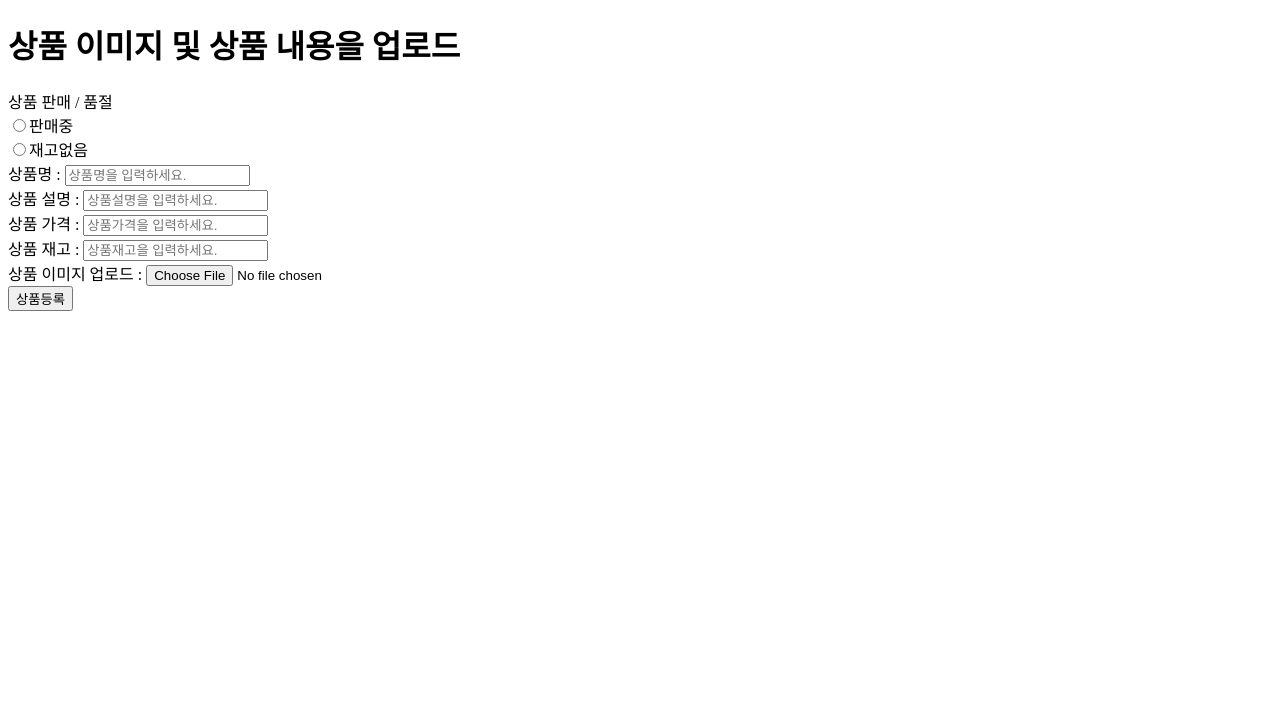
Repository: ks31030/HOME-SHOP
Page: http://localhost/addProductForm
The author's editor kept a copy of each file at every save. The page is drawn from the files as they stood at one save, then again after the next save.
The browser window is 1280 px wide. The pictures show the whole page.
The page is this project's Thymeleaf template; nobody is signed in. The template is opened directly, without the code that normally fills it, so the values that code supplies are empty.

Above is the page before, as saved 2023-12-13 13:08:58.

### Final-JPA-Shop/src/main/resources/templates/addProductForm.html
<!DOCTYPE html>
<html xmlns:th="http://www.thymeleaf.org">
	<head>
		<meta charset="UTF-8">
		<title>addProductForm</title>
	</head>
	<body>
		<h1>상품 이미지 및 상품 내용을 업로드</h1>
		<form th:action="@{/product/new}" method="post" enctype="multipart/form-data">
			<label>상품 판매 / 품절</label><br>
			<input type="radio" name="isSoldout" id="isSoldout" value="0">판매중<br>
			<input type="radio" name="isSoldout" id="isSoldout" value="1">재고없음<br>

			<label>상품명 : </label>
			<input type="text" id="name" name="name" placeholder="상품명을 입력하세요.">
			<br>
			<label>상품 설명 : </label>
			<input type="text" id="text" name="text" placeholder="상품설명을 입력하세요.">
			<br>
			<label>상품 가격 : </label>
			<input type="text" id="price" name="price" placeholder="상품가격을 입력하세요.">
			<br>
			<label>상품 재고 : </label>
			<input type="text" id="stock" name="stock" placeholder="상품재고을 입력하세요.">
			<br>
			<label>상품 이미지 업로드 : </label>
			<input type="file" id="imgFile" name="imgFile">
			<br>
			<button type="submit">상품등록</button>
		</form>
	</body>
</html>

### Final-JPA-Shop/src/main/resources/static/css/styles.css
@charset "UTF-8";
/* styles.css */

h2 {
    color: rgb(106, 53, 0);
    text-align: center;
    font-family: Georgia;
}

body {
	background-color: rgb(159, 127, 75);

}

table {
    width: 100%;
    border-collapse: collapse;
    margin-top: 20px;
}

th, td {
    border: 1px solid #ddd;
    padding: 8px;
    text-align: left;
}

th {
    background-color: rgb(106, 53, 0);
    color: antiquewhite;
}

a, button {
    text-decoration: none;
    padding: 5px 10px;
    margin-right: 5px;
    border: 1px solid #333;
    color: #333;
    border-radius: 3px;
    cursor: pointer;
    display: flow;
    text-align: center;
    font-family: Georgia;

}

a:hover, button:hover {
    background-color: rgb(106, 53, 0);
    color: #fff;
}
form {
	text-align: center;
    width: 50%;
    margin: 20px auto;
    padding: 20px;
    border-radius: 5px;
    box-shadow: 0 0 10px rgb(0, 0, 0, 0.0);
    background-color: rgb(159, 127, 75);
}

label {
    display: block;
    margin-bottom: 8px;
    color: rgb(106, 53, 0);
    font-family: Georgia;
    font-weight: bold;
}

input, textarea {
    width: 100%;
    padding: 8px;
    margin-bottom: 10px;
    box-sizing: border-box;
    border: 1px solid #ccc;
    border-radius: 4px;
    text-align: center;
}

After the next save:
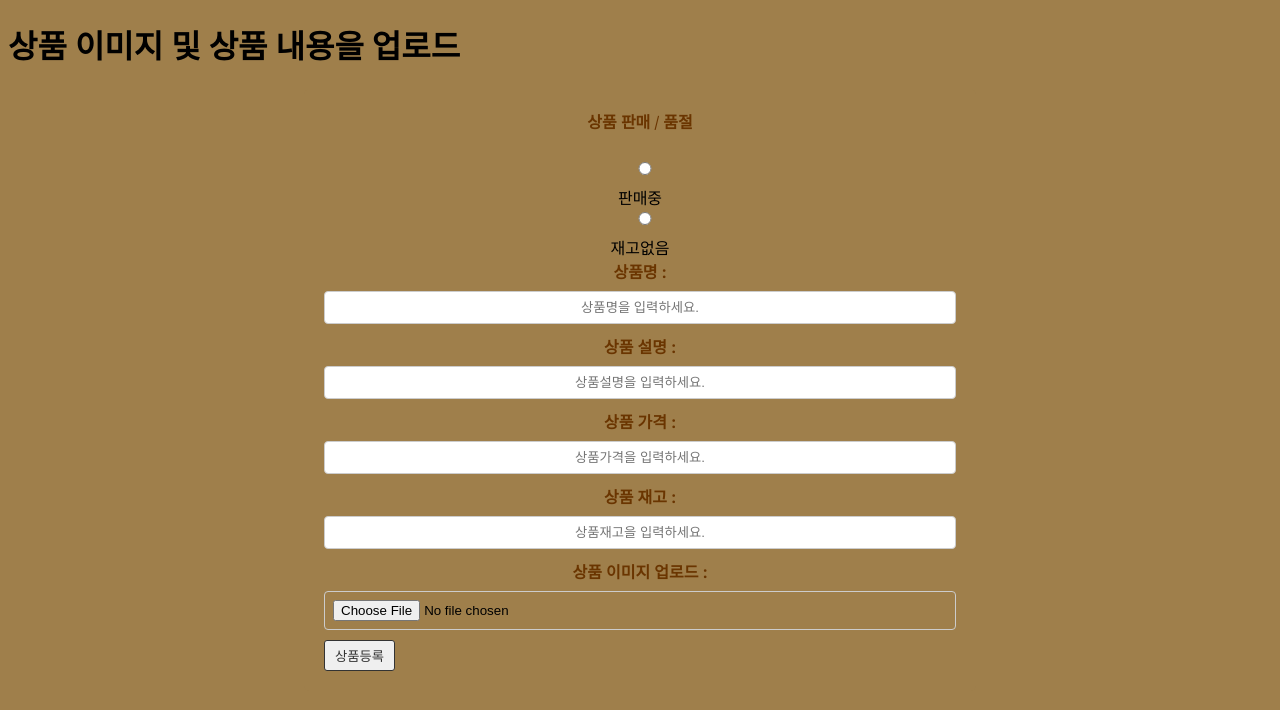
Saved 6 min 14 s later.
--- a/Final-JPA-Shop/src/main/resources/templates/addProductForm.html
+++ b/Final-JPA-Shop/src/main/resources/templates/addProductForm.html
@@ -3,6 +3,7 @@
 	<head>
 		<meta charset="UTF-8">
 		<title>addProductForm</title>
+		<link rel="stylesheet" href="/css/styles.css" th:href="@{/css/styles.css}" />
 	</head>
 	<body>
 		<h1>상품 이미지 및 상품 내용을 업로드</h1>
